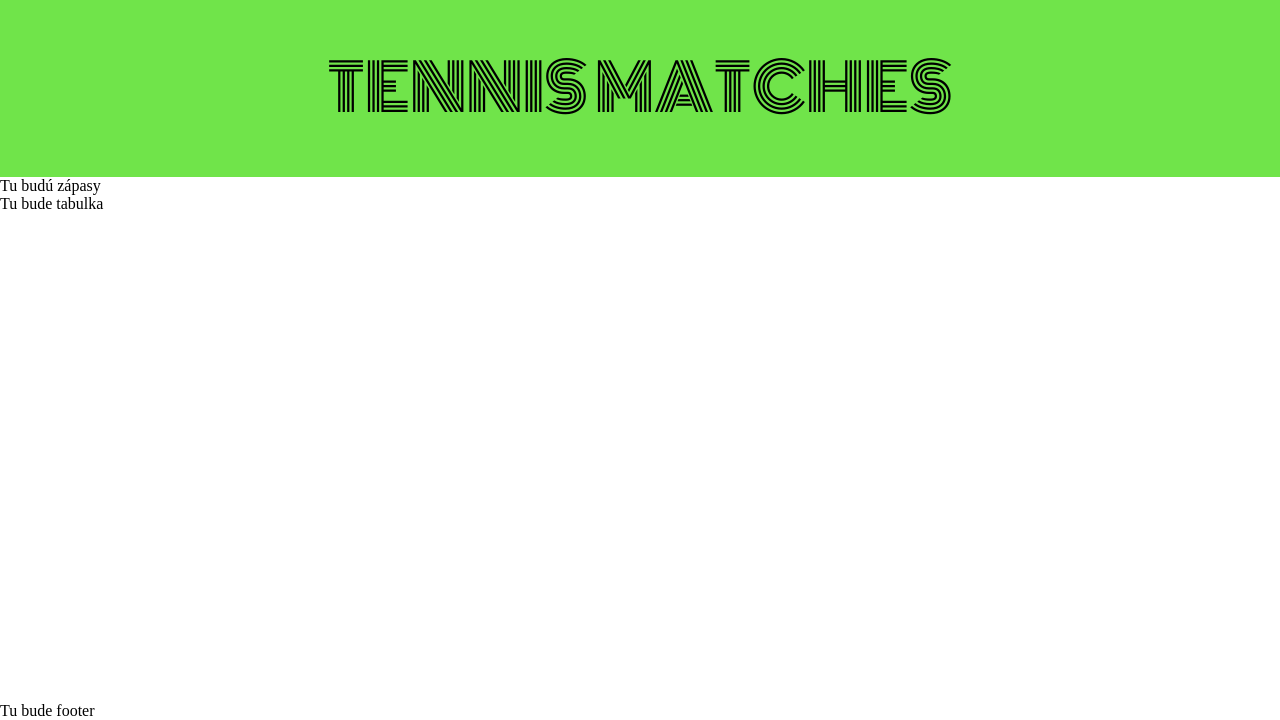
Repository: Badynko/tenis-app
Page: /
An editor plug-in stored every save of this project. The page is shown before and after the next save, followed by the edit.
The browser window is 1280 px wide. The pictures show the whole page.
The project was rebuilt for these pictures with package versions that can differ from the ones it lists, and the page was loaded fresh each time.

Above is the page before, as saved 2024-07-10 15:23:52.

### src/index.css
@import url("https://fonts.googleapis.com/css2?family=Monoton&family=Quicksand:wght@500;700&display=swap");

* {
  margin: 0;
  padding: 0;
  box-sizing: border-box;
}

.app {
  width: 100%;
  height: 100vh;
  display: grid;
  grid-template-rows: auto auto 1fr auto;
}

h1 {
  text-align: center;
  background-color: #70e44a;
  font-family: "Monoton";
  font-size: 4rem;
  text-transform: uppercase;
  font-weight: 400;
  padding: 2.4rem 0;
}

### src/App.js
export default function App() {
  return (
    <div className="app">
      <Header />
      <Matches />
      <Table />
      <Stats />
    </div>
  );
}

function Header() {
  return <h1>Tennis Matches</h1>;
}

function Matches() {
  return (
    <div>
      <p>Tu budú zápasy</p>
    </div>
  );
}

function Table() {
  return (
    <div>
      <p>Tu bude tabulka</p>
    </div>
  );
}

function Stats() {
  return (
    <footer className="stats">
      <p>Tu bude footer</p>
    </footer>
  );
}

Loaded but not shown: public/index.html (common file); src/index.js (common file)

After the next save:
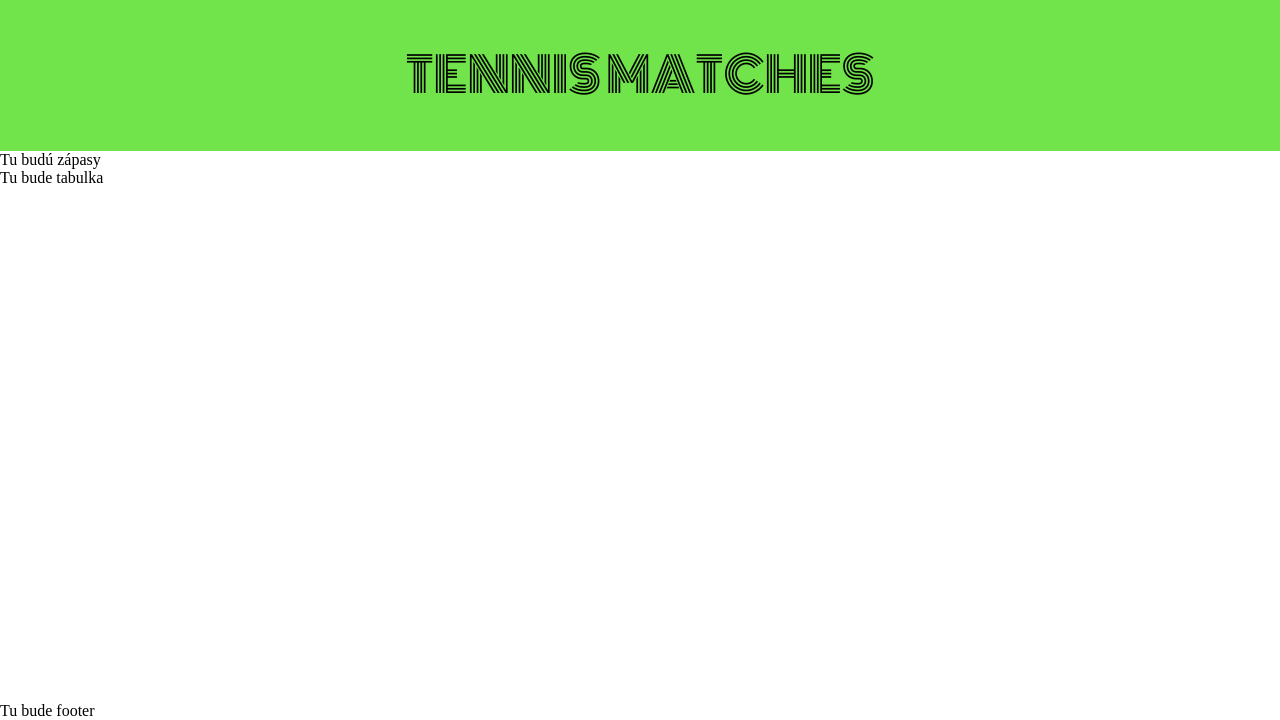
Saved 10 s later.
--- a/src/index.css
+++ b/src/index.css
@@ -17,7 +17,7 @@ h1 {
   text-align: center;
   background-color: #70e44a;
   font-family: "Monoton";
-  font-size: 4rem;
+  font-size: 3rem;
   text-transform: uppercase;
   font-weight: 400;
   padding: 2.4rem 0;
